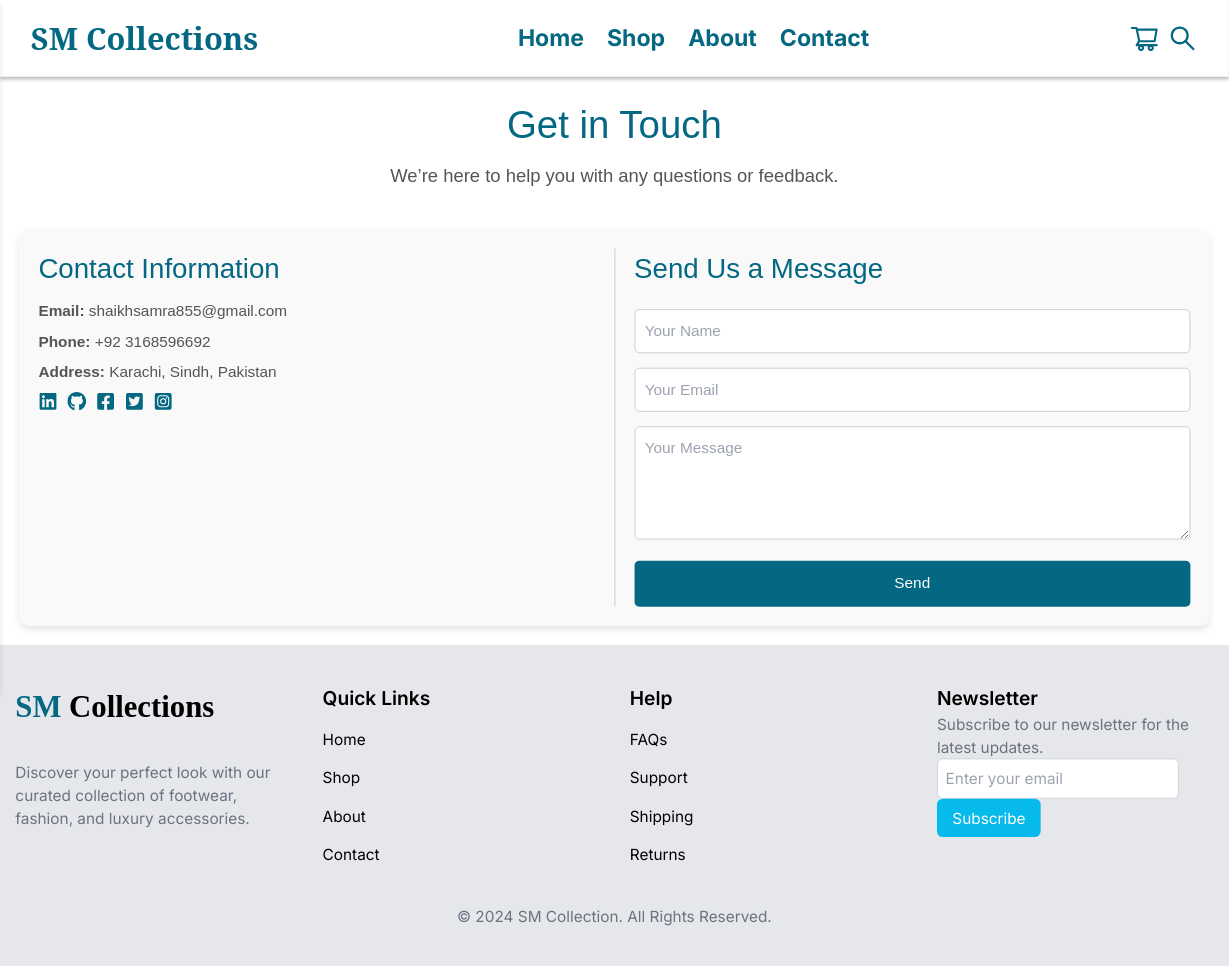
Repository: asadullah48/sm-collections-website-with-css
Page: /contact
The author's editor kept a copy of each file at every save. The page is drawn from the files as they stood at one save, then again after the next save.
The browser window is 1280 px wide. The pictures show the whole page, at 96% of full size.
The project was rebuilt for these pictures with package versions that can differ from the ones it lists, and the page was loaded fresh each time. The framework's server and built-in components were replaced by stand-ins that run in the browser. Also part of the build but not shown: next.config.ts, src/redux/hooks.ts, src/style/cardCollection.css, src/components/cardCollection.tsx, src/style/cart.css, src/components/card.tsx.

Above is the page before, as saved 2024-12-06 15:04:39.

After the next save:
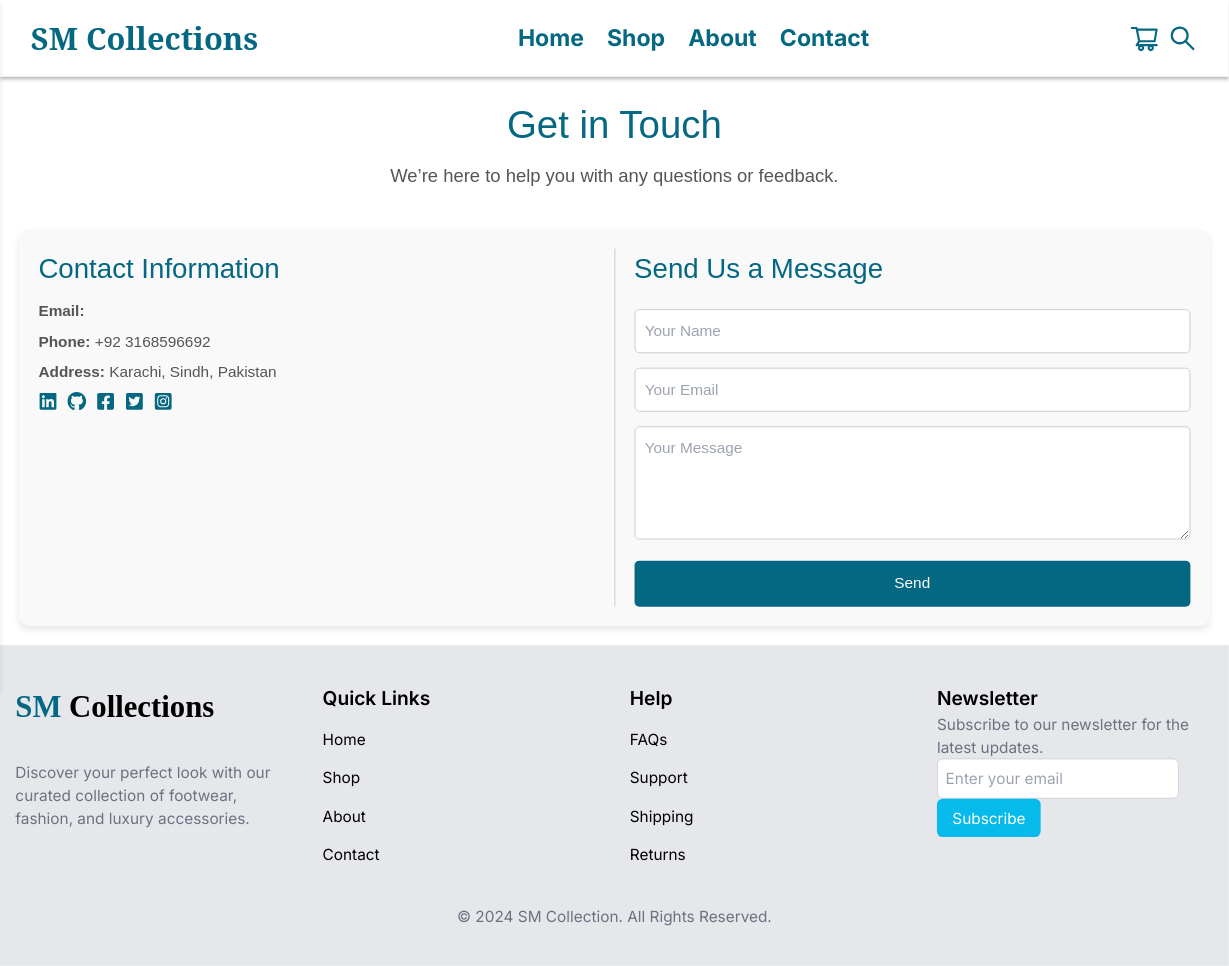
Saved 3 min 35 s later.
--- a/src/app/contact/page.tsx
+++ b/src/app/contact/page.tsx
@@ -13,7 +13,7 @@ const Contact = () => {
       <section className="contact-card">
         <div className="contact-info">
           <h2>Contact Information</h2>
-          <p><strong>Email:</strong> shaikhsamra855@gmail.com</p>
+          <p><strong>Email:</strong> </p>
           <p><strong>Phone:</strong> +92 3168596692</p>
           <p><strong>Address:</strong> Karachi, Sindh, Pakistan</p>
 
